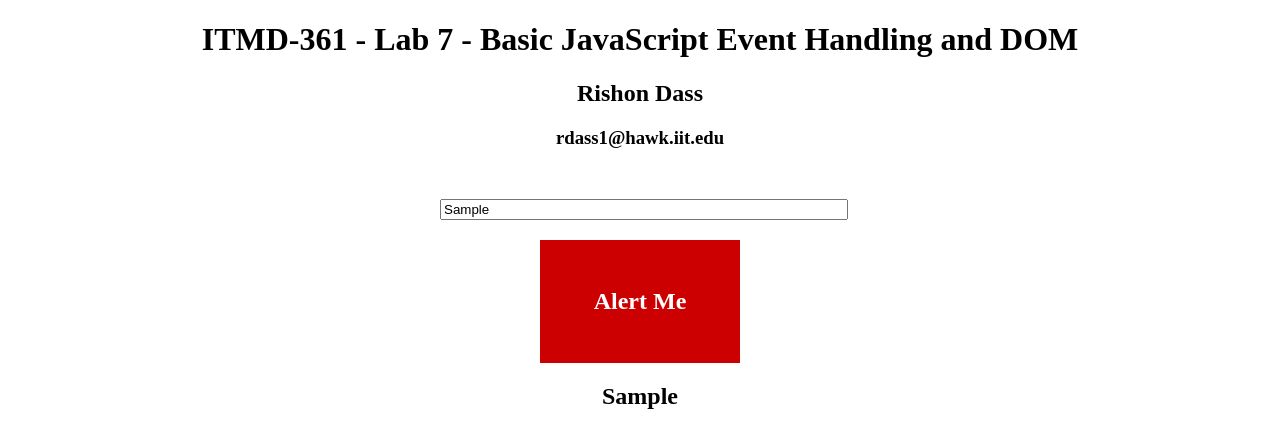
Repository: rishondass/ITMD316-Lab7
Page: index.html
The author's editor kept a copy of each file at every save. The page is drawn from the files as they stood at one save, then again after the next save.
The browser window is 1280 px wide. The pictures show the whole page.
Empty fields were first filled with sample values (such as "Sample", 5 or name@example.com).
After loading, the first visible `#entrybutton` was clicked once.

Above is the page before, as saved 2023-04-04 23:30:06.

### index.html
<!DOCTYPE html>
<html lang="en">
<head>
  <meta charset="UTF-8">
  <title>Lab 7 - Basic JavaScript Event Handling and DOM</title>
  <link rel="stylesheet" href="style/style.css">
  <script async src="js/script.js"></script>
</head>
<body>
  <h1 class="center">ITMD-361 - Lab 7 - Basic JavaScript Event Handling and DOM</h1>
  <h2 class="center">Rishon Dass</h2>
  <h3 class="center">rdass1@hawk.iit.edu</h3>
  <div id="container">
    <input id="entryinput" type="text" name="textentry" placeholder="Enter a Message">
    <div id="entrybutton">Alert Me</div>
    <h2 id="textoutput" class="center">Show results here</h2>
  </div>
</body>
</html>

### js/script.js
function init(){
//add your javascrip between these two lines of code
  let alertMetBtn = window.document.getElementById("entrybutton");
  let output = window.document.getElementById("textoutput");
  alertMetBtn.addEventListener("click",()=>{
    let input = window.document.getElementById("entryinput").value;
    output.innerHTML = input;
    window.alert(`Rishon Dass: ${input}`);
  });



}







window.addEventListener('load', init);

Loaded but not shown: style/style.css (common file)

After the next save:
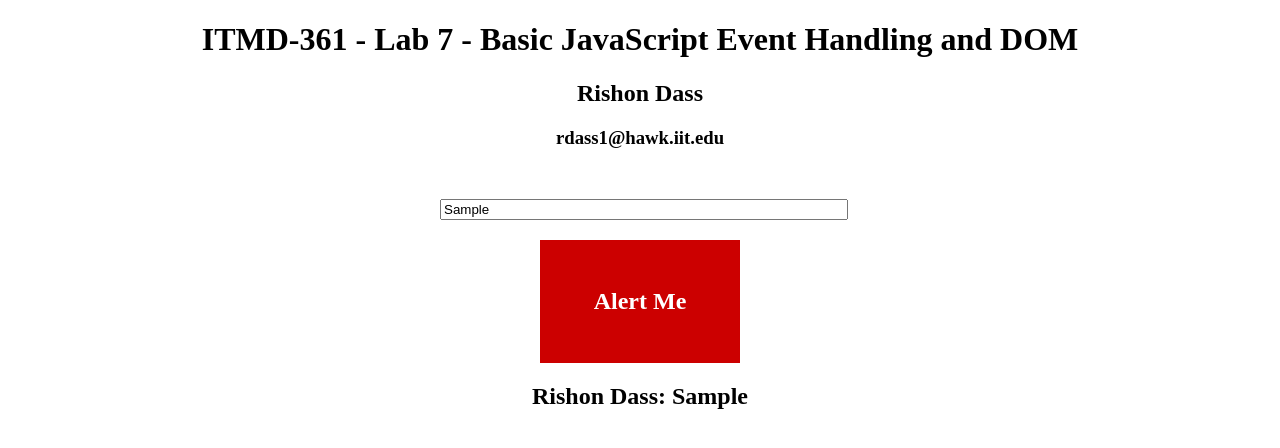
Saved 17 s later.
--- a/js/script.js
+++ b/js/script.js
@@ -4,7 +4,7 @@
   let output = window.document.getElementById("textoutput");
   alertMetBtn.addEventListener("click",()=>{
     let input = window.document.getElementById("entryinput").value;
-    output.innerHTML = input;
+    output.innerHTML = `Rishon Dass: ${input}`;
     window.alert(`Rishon Dass: ${input}`);
   });
 

After the save that followed:
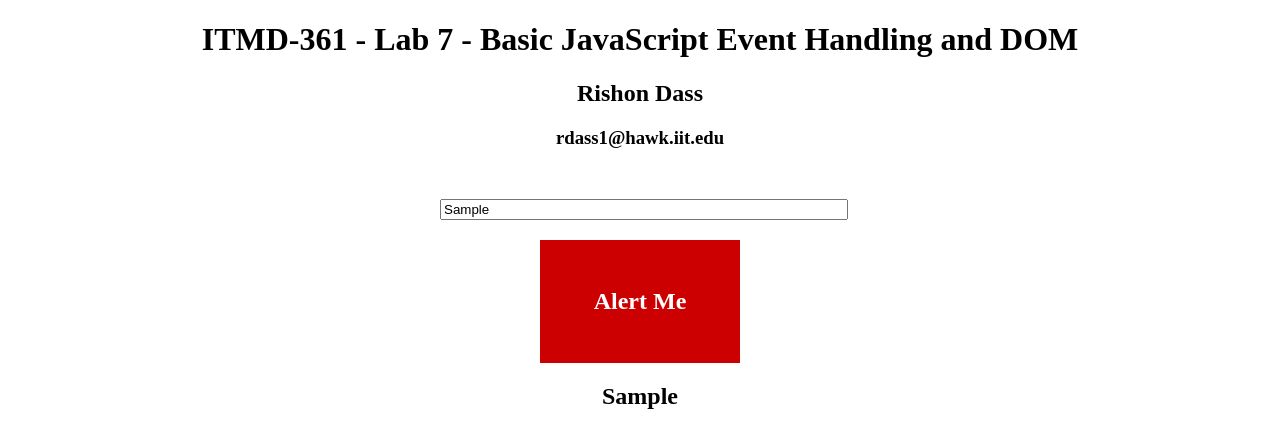
Saved 26 s later.
--- a/js/script.js
+++ b/js/script.js
@@ -4,7 +4,7 @@
   let output = window.document.getElementById("textoutput");
   alertMetBtn.addEventListener("click",()=>{
     let input = window.document.getElementById("entryinput").value;
-    output.innerHTML = `Rishon Dass: ${input}`;
+    output.innerHTML = input;
     window.alert(`Rishon Dass: ${input}`);
   });
 
